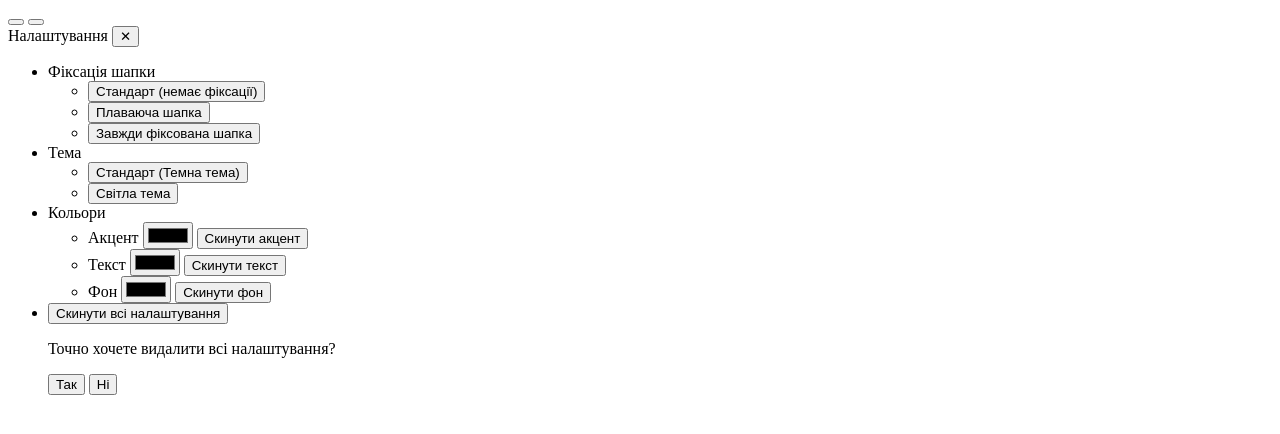
Repository: BogdanLazebnika/bogdanelo
Page: components/options.html
The author's editor kept a copy of each file at every save. The page is drawn from the files as they stood at one save, then again after the next save.
The browser window is 1280 px wide. The pictures show the whole page.

Above is the page before, as saved 2025-08-05 15:03:47.

### components/options.html
<div class="button-open-options-container">
  <div class="button-open-options-container-content">


    <div class="button-options-container">

        <div class="vertical-line-options"></div>


        <button class="button-open-options-button">
            <div id="button-open-options-button-icon"></div>
        </button>

        <button class="button-hide-button-options-icon">
            <div id="button-hide-button-options-icon"></div>
        </button>
    </div>

    <div id="draggable-options" class="button-open-options-list hidden">
        <div class="settings-panel-header">
            <span>Налаштування</span>
            <button onclick="closeSettingsPanel()">✕</button>
        </div>
      <ul class="button-open-options-list-list-one-level">

        <!-- FixedHeader -->
        <li class="button-open-options-list-item">
          <span>Фіксація шапки</span>
          <ul class="button-open-options-list-list-two-level">
            <li><button onclick="updateUserSetting('fixedHeader', undefined)">Стандарт (немає фіксації)</button></li>
            <li><button onclick="updateUserSetting('fixedHeader', true)">Плаваюча шапка</button></li>
            <li><button onclick="updateUserSetting('fixedHeader', 'always')">Завжди фіксована шапка</button></li>
          </ul>
        </li>

        <!-- Theme -->
        <li class="button-open-options-list-item">
  <span>Тема</span>
  <ul class="button-open-options-list-list-two-level">
    <li><button onclick="updateUserSetting('theme', undefined)">Стандарт (Темна тема)</button></li>
    <li><button onclick="updateUserSetting('theme', 'light')">Світла тема</button></li>
  </ul>
</li>

<li class="button-open-options-list-item">
  <span>Кольори</span>
  <ul class="button-open-options-list-list-two-level">
    <li>
      <span>Акцент</span>
      <input type="color" id="accentColorPicker">
      <button id="accentColorResetBtn">Скинути акцент</button>
    </li>
    <li>
      <span>Текст</span>
      <input type="color" id="textColorPicker">
      <button id="textColorResetBtn">Скинути текст</button>
    </li>
    <li>
      <span>Фон</span>
      <input type="color" id="backgroundColorPicker">
      <button id="backgroundColorResetBtn">Скинути фон</button>
    </li>
  </ul>
</li>
        <li class="button-open-options-list-item">
          <button id="resetAllSettingsBtn">Скинути всі налаштування</button>

          <!-- Модалка підтвердження -->
          <div id="confirmResetModal" class="modal-clear-options hidden">
            <div class="modal-content-clear-options">
              <p>Точно хочете видалити всі налаштування?</p>
              <div class="modal-buttons-clear-options">
                <button id="confirmResetYes">Так</button>
                <button id="confirmResetNo">Ні</button>
              </div>
            </div>
          </div>
        </li>
      </ul>
    </div>
  </div>
</div>

After the next save:
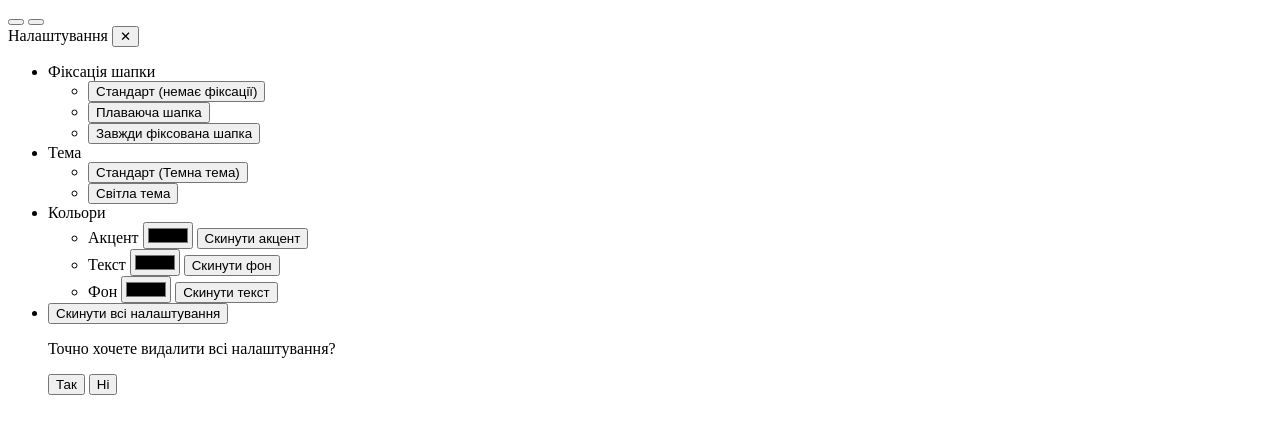
Saved 90 s later.
--- a/components/options.html
+++ b/components/options.html
@@ -35,33 +35,35 @@
 
         <!-- Theme -->
         <li class="button-open-options-list-item">
-  <span>Тема</span>
-  <ul class="button-open-options-list-list-two-level">
-    <li><button onclick="updateUserSetting('theme', undefined)">Стандарт (Темна тема)</button></li>
-    <li><button onclick="updateUserSetting('theme', 'light')">Світла тема</button></li>
-  </ul>
-</li>
+          <span>Тема</span>
+          <ul class="button-open-options-list-list-two-level">
+            <li><button onclick="updateUserSetting('theme', undefined)">Стандарт (Темна тема)</button></li>
+            <li><button onclick="updateUserSetting('theme', 'light')">Світла тема</button></li>
+          </ul>
+        </li>
 
-<li class="button-open-options-list-item">
-  <span>Кольори</span>
-  <ul class="button-open-options-list-list-two-level">
-    <li>
-      <span>Акцент</span>
-      <input type="color" id="accentColorPicker">
-      <button id="accentColorResetBtn">Скинути акцент</button>
-    </li>
-    <li>
-      <span>Текст</span>
-      <input type="color" id="textColorPicker">
-      <button id="textColorResetBtn">Скинути текст</button>
-    </li>
-    <li>
-      <span>Фон</span>
-      <input type="color" id="backgroundColorPicker">
-      <button id="backgroundColorResetBtn">Скинути фон</button>
-    </li>
-  </ul>
-</li>
+        <!-- Accent Color -->
+        <li class="button-open-options-list-item">
+          <span>Кольори</span>
+          <ul class="button-open-options-list-list-two-level">
+            <li>
+              <span>Акцент</span>
+              <input type="color" id="accentColorPicker">
+              <button id="accentColorResetBtn">Скинути акцент</button>
+            </li>
+            <li>
+              <span>Текст</span>
+              <input type="color" id="backgroundColorPicker">
+              <button id="backgroundColorResetBtn">Скинути фон</button>
+            </li>
+            <li>
+              <span>Фон</span>
+              <input type="color" id="textColorPicker">
+              <button id="textColorResetBtn">Скинути текст</button>
+            </li>
+          </ul>
+
+        </li>
         <li class="button-open-options-list-item">
           <button id="resetAllSettingsBtn">Скинути всі налаштування</button>
 
